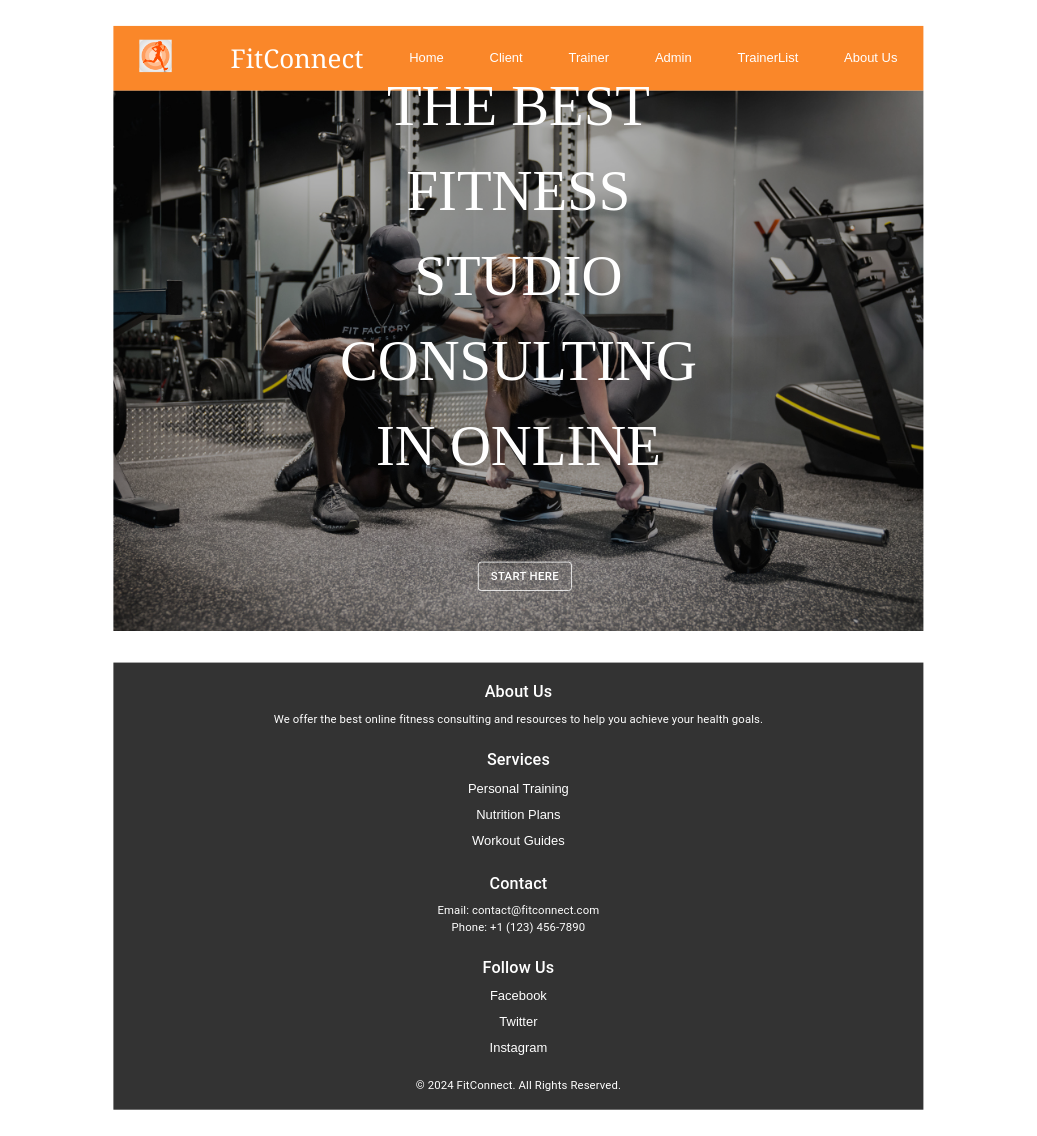
Repository: sarathraj2002/fitconnect
Page: / (app in Frontend/)
An editor plug-in stored every save of this project. The page is shown before and after the next save, followed by the edit.
The browser window is 1280 px wide. The pictures show the whole page, at 81% of full size.
The project was rebuilt for these pictures with package versions that can differ from the ones it lists, and the page was loaded fresh each time. Also part of the build but not shown: Frontend/vite.config.js, Frontend/src/components/ClientPage.jsx, Frontend/src/components/TrainerPage.jsx, Frontend/src/components/AdminPage.jsx, Frontend/src/components/TrainerListPage.jsx, Frontend/src/components/AboutUs.jsx, Frontend/src/components/ClientRegister.css, Frontend/src/components/ClientRegister.jsx and 1 more.

Above is the page before, as saved 2024-11-11 23:37:19.

After the next save:
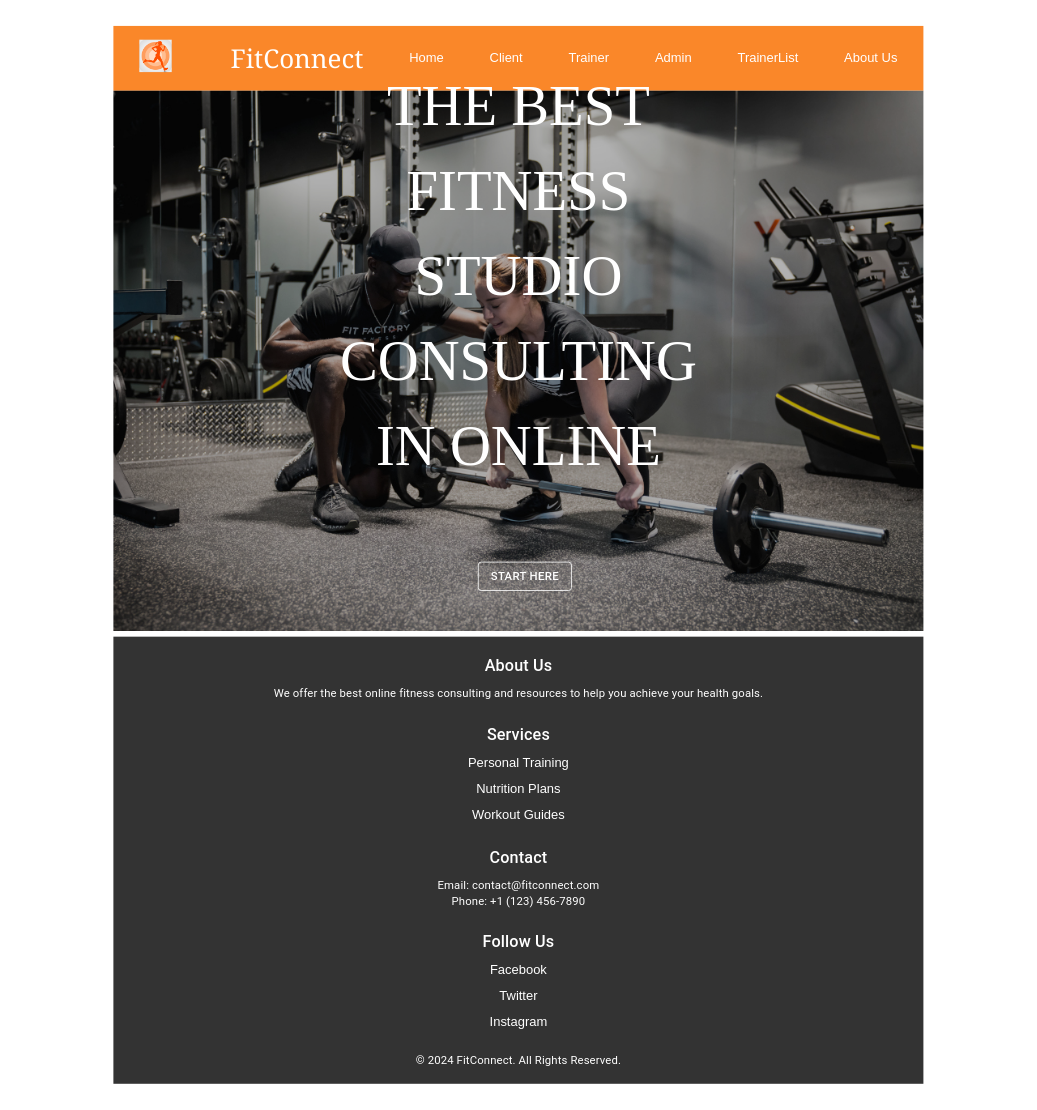
Saved 22 s later.
--- a/Frontend/src/components/Footer.jsx
+++ b/Frontend/src/components/Footer.jsx
@@ -11,7 +11,7 @@ const Footer = () => {
         color: 'white',
         padding: '20px 0',
         textAlign: 'center',
-        mt: 4
+        // mt: 4
       }}
     >
       <Stack
